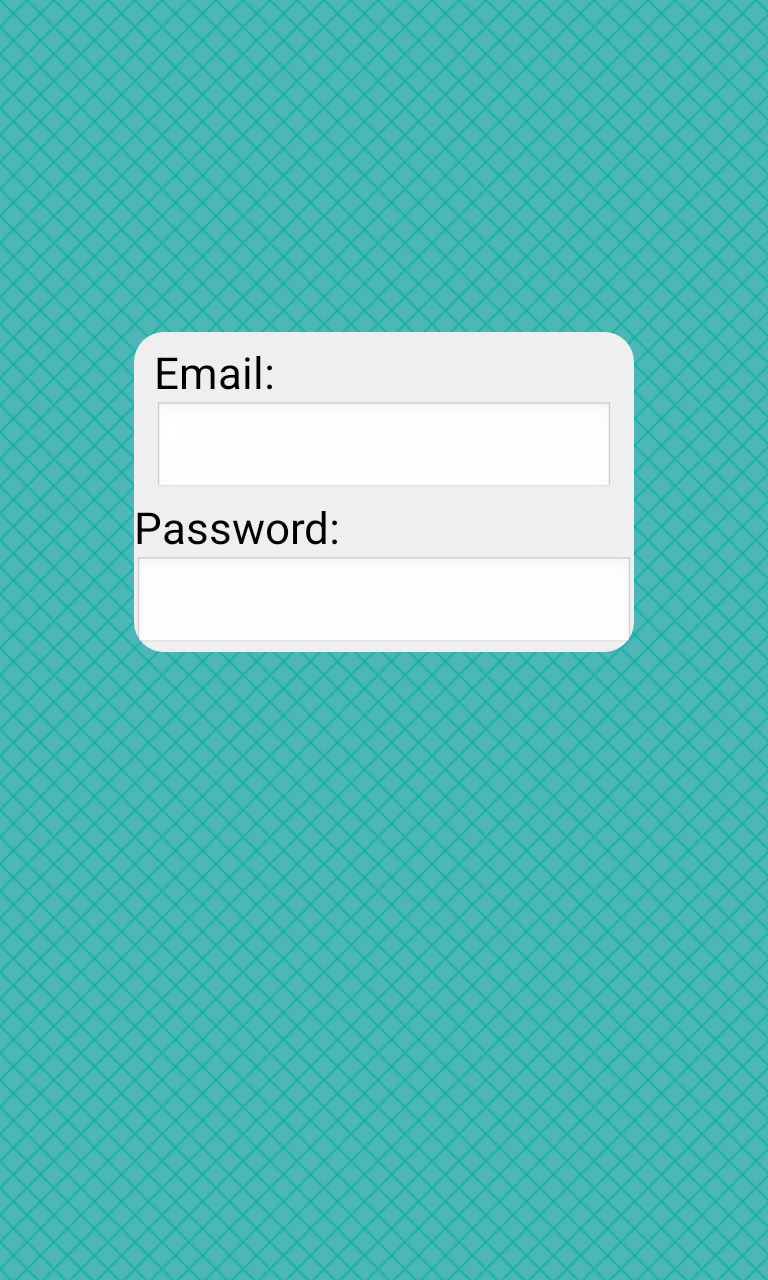
Repository: ppamorim/Coderock-X
Layout: workspace-Android/teste1/res/layout/activity_login.xml
An editor plug-in stored every save of this project. The layout is shown before and after the next save, followed by the edit.
It is drawn on a 768 x 1280 px phone screen (xhdpi) without system bars, with theme android:Theme.NoTitleBar; the app's code is not run.

Above is the layout before, as saved 2014-01-05 06:04:45.

After the next save:
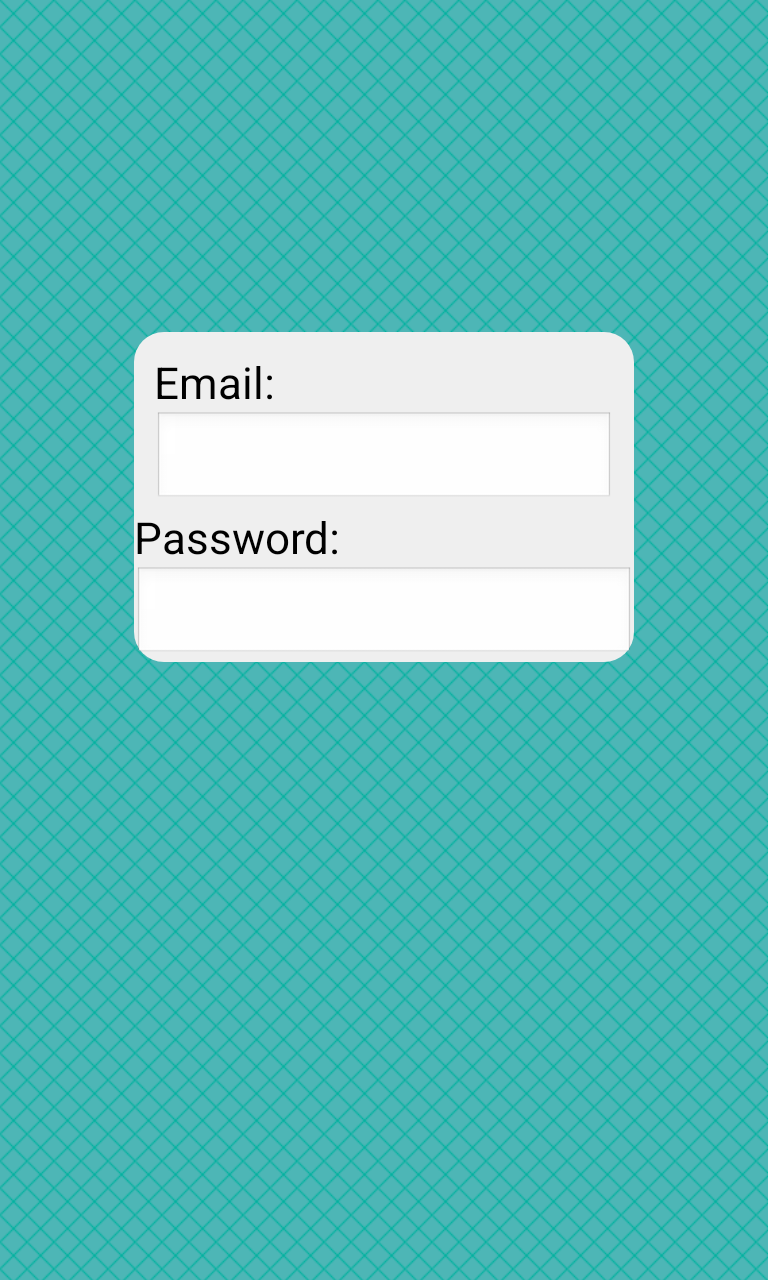
Saved 20 s later.
--- a/workspace-Android/teste1/res/layout/activity_login.xml
+++ b/workspace-Android/teste1/res/layout/activity_login.xml
@@ -38,7 +38,7 @@
                 android:layout_height="wrap_content"
                 android:text="@string/Email"
                 android:textColor="#000"
-                android:layout_marginTop="5dp"
+                android:layout_marginTop="10dp"
                 android:layout_marginLeft="10dp"
             	android:layout_marginRight="10dp"
                 android:textAppearance="?android:attr/textAppearanceLarge" />
